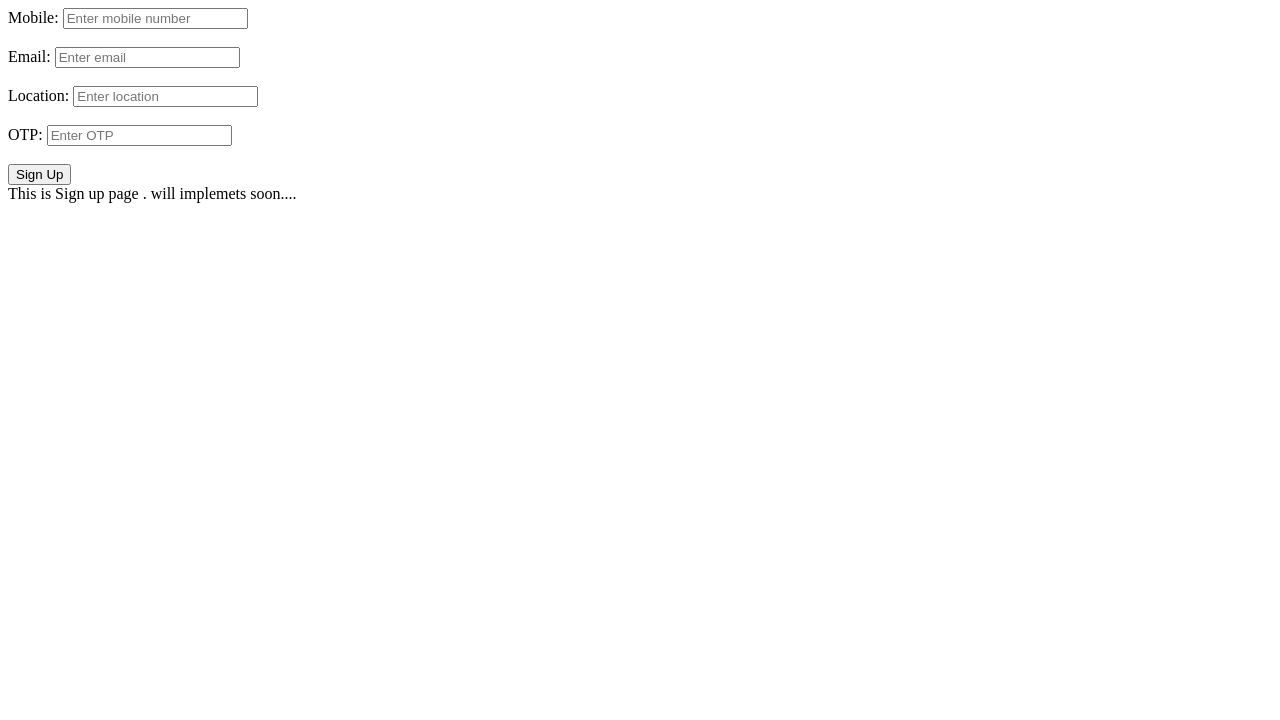
Repository: munnaksah/spring-framework-core
Page: http://localhost/RapidoLogin/showPage
These files come from the project's save history. The page is drawn as it stood at one moment and after the next save; the edit follows.
The browser window is 1280 px wide. The pictures show the whole page.
The page is served by Tomcat 9.

Above is the page before, as saved 2026-04-02 13:16:46.

### RapidoLogin/src/main/webapp/WEB-INF/rapido-login-servlet.xml
<?xml version="1.0" encoding="UTF-8"?>
<beans xmlns="http://www.springframework.org/schema/beans"
    xmlns:xsi="http://www.w3.org/2001/XMLSchema-instance"
    xmlns:context="http://www.springframework.org/schema/context"
    xsi:schemaLocation="
        http://www.springframework.org/schema/beans http://www.springframework.org/schema/beans/spring-beans.xsd
        http://www.springframework.org/schema/context http://www.springframework.org/schema/context/spring-context.xsd">

    <!-- View Resolver -->
    <bean class="org.springframework.web.servlet.view.InternalResourceViewResolver">
        <property name="prefix" value="/WEB-INF/views/"/>
        <property name="suffix" value=".jsp"/>
    </bean>

    <!-- Component Scan -->
    <context:component-scan base-package="com.rapido"/>

</beans>

### RapidoLogin/src/main/webapp/WEB-INF/views/sign-up.jsp
<%@ page language="java" contentType="text/html; charset=ISO-8859-1"
	pageEncoding="ISO-8859-1"%>
<!DOCTYPE html>
<html>
<head>
<meta charset="ISO-8859-1">
<title>Rapido sign-Up</title>
</head>
<body>


	<form action="signup" method="post">

		<!-- Mobile -->
		Mobile: <input type="text" name="mobile"
			placeholder="Enter mobile number" required> <br> <br>

		<!-- Email -->
		Email: <input type="email" name="email" placeholder="Enter email"
			required> <br> <br>

		<!-- Location -->
		Location: <input type="text" name="location"
			placeholder="Enter location" required> <br> <br>

		<!-- OTP -->
		OTP: <input type="text" name="otp" placeholder="Enter OTP" required>
		<br> <br> <input type="submit" value="Sign Up">

	</form>



	This is Sign up page . will implemets soon....
</body>
</html>

### RapidoLogin/src/main/java/com/rapido/app/SignupController.java
package com.rapido.app;

import org.springframework.stereotype.Controller;
import org.springframework.web.bind.annotation.RequestMapping;
import org.springframework.web.bind.annotation.RequestParam;
import org.springframework.web.bind.annotation.ResponseBody;
import org.springframework.web.servlet.ModelAndView;



@Controller
public class SignupController {

	@RequestMapping("showPage")
	public ModelAndView showSignUpPage() {
		ModelAndView mv = new ModelAndView();
		mv.setViewName("sign-up");


		return mv;

	}

	@RequestMapping("signup")

	@ResponseBody
	public String signup(@RequestParam("mobile") String mobile,@RequestParam("email") String email,@RequestParam("location") String location ,@RequestParam("otp") String otp) {

		System.out.println("Request Received and data received as part of request : mobile : "
		        + mobile + ", email : " + email + ", location : " + location + ", otp : " + otp);
//		System.out.println("Request received and data received as part of request: " +"mobile:" + mobile,"email:" + email + "location:"  + location+  "otp:" + otp);
//		return "signup-success";

		// give  some token id
		String input = mobile + email;
		String refId = java.util.UUID.nameUUIDFromBytes(input.getBytes()).toString().replace("-", "").substring(0, 8)
				.toUpperCase();
		System.out.println("Generated Ref id " + refId);

		return "Registration Successful and It is pending for verification and ref id is : "+ refId;
	}

}

After the next save:
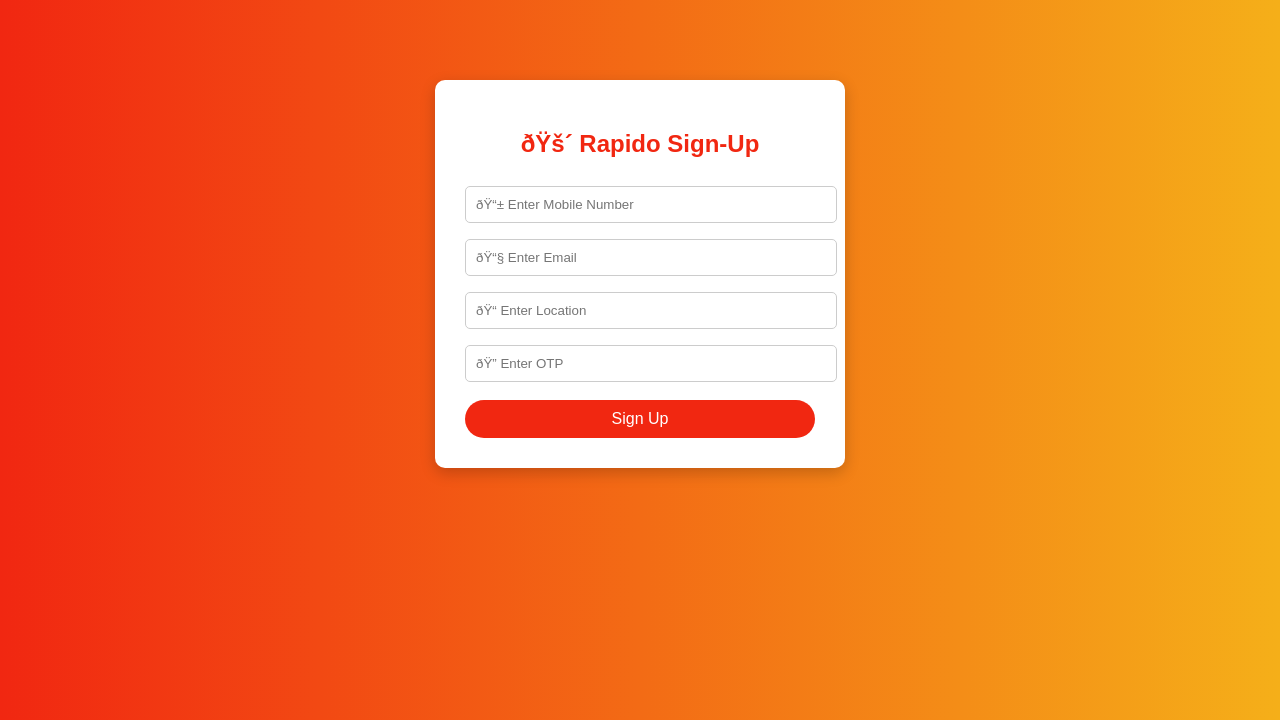
Saved 2 min 42 s later.
--- a/RapidoLogin/src/main/webapp/WEB-INF/views/sign-up.jsp
+++ b/RapidoLogin/src/main/webapp/WEB-INF/views/sign-up.jsp
@@ -4,33 +4,79 @@
 <html>
 <head>
 <meta charset="ISO-8859-1">
-<title>Rapido sign-Up</title>
+<title>Rapido Sign-Up</title>
+
+<style>
+	body {
+		margin: 0;
+		font-family: Arial, sans-serif;
+		background: linear-gradient(to right, #f12711, #f5af19);
+	}
+
+	.container {
+		width: 350px;
+		margin: 80px auto;
+		background: white;
+		padding: 30px;
+		border-radius: 10px;
+		box-shadow: 0px 5px 15px rgba(0,0,0,0.2);
+		text-align: center;
+	}
+
+	h2 {
+		margin-bottom: 20px;
+		color: #f12711;
+	}
+
+	input {
+		width: 100%;
+		padding: 10px;
+		margin: 8px 0;
+		border-radius: 5px;
+		border: 1px solid #ccc;
+	}
+
+	button {
+		width: 100%;
+		padding: 10px;
+		margin-top: 10px;
+		border: none;
+		border-radius: 25px;
+		background: #f12711;
+		color: white;
+		font-size: 16px;
+		cursor: pointer;
+	}
+
+	button:hover {
+		background: #d91400;
+	}
+</style>
+
 </head>
+
 <body>
 
+	<div class="container">
 
-	<form action="signup" method="post">
+		<h2>🚴 Rapido Sign-Up</h2>
 
-		<!-- Mobile -->
-		Mobile: <input type="text" name="mobile"
-			placeholder="Enter mobile number" required> <br> <br>
+		<form action="signup" method="post">
 
-		<!-- Email -->
-		Email: <input type="email" name="email" placeholder="Enter email"
-			required> <br> <br>
+			<input type="text" name="mobile" placeholder="📱 Enter Mobile Number" required>
 
-		<!-- Location -->
-		Location: <input type="text" name="location"
-			placeholder="Enter location" required> <br> <br>
+			<input type="email" name="email" placeholder="📧 Enter Email" required>
 
-		<!-- OTP -->
-		OTP: <input type="text" name="otp" placeholder="Enter OTP" required>
-		<br> <br> <input type="submit" value="Sign Up">
+			<input type="text" name="location" placeholder="📍 Enter Location" required>
 
-	</form>
+			<input type="text" name="otp" placeholder="🔐 Enter OTP" required>
 
 
+			<button type="submit">Sign Up</button>
 
-	This is Sign up page . will implemets soon....
+		</form>
+
+	</div>
+
 </body>
 </html>
